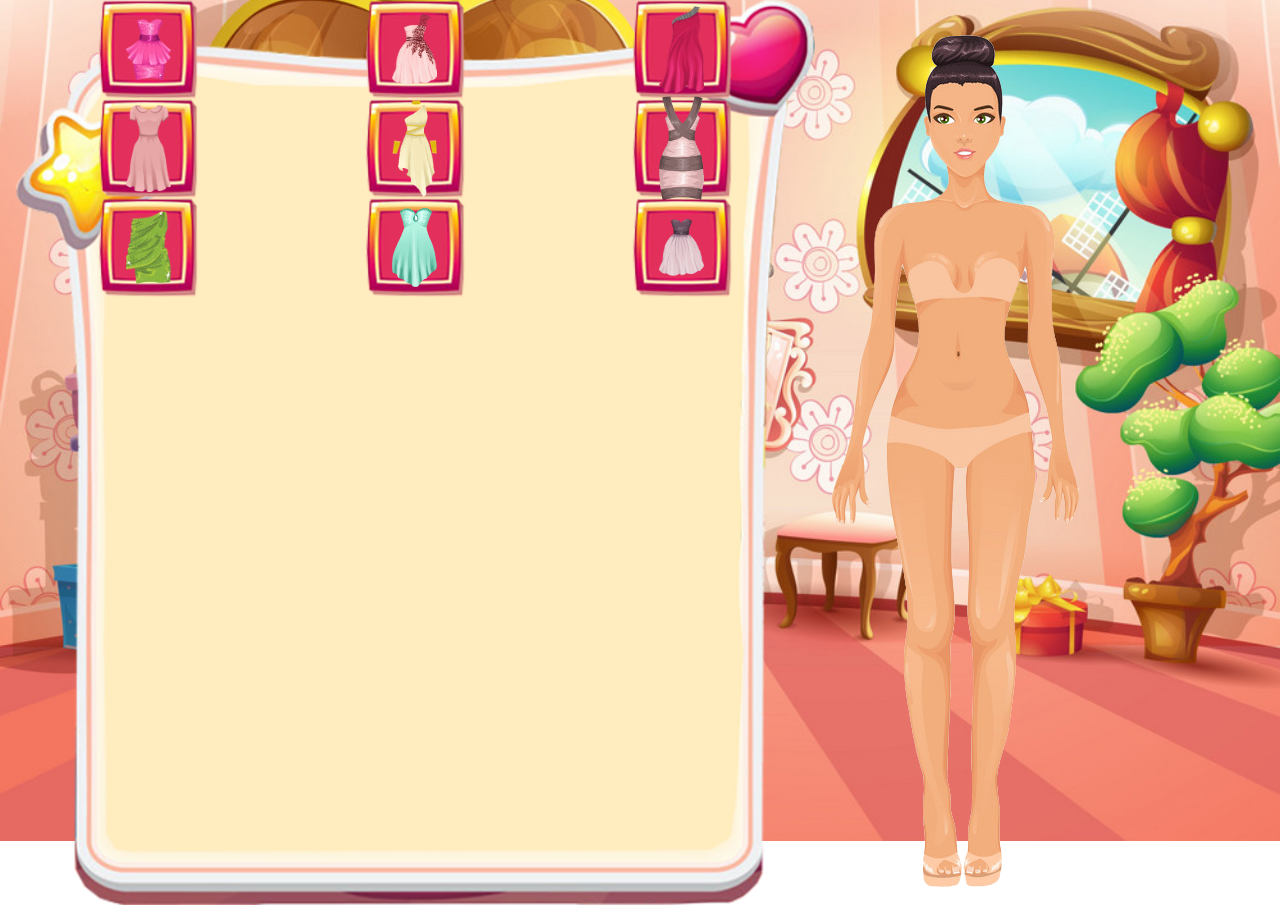
Repository: bunbubam/GameThayDoReactjs_NguyenKhacNghia
Page: /
The author's editor kept a copy of each file at every save. The page is drawn from the files as they stood at one save, then again after the next save.
The browser window is 1280 px wide. The pictures show the whole page.
The project was rebuilt for these pictures with package versions that can differ from the ones it lists, and the page was loaded fresh each time.

Above is the page before, as saved 2022-03-30 16:01:24.

### public/index.html
<!doctype html>
<html lang="en">
  <head>
    <title>GameThaydo</title>
    <!-- Required meta tags -->
    <meta charset="utf-8">
    <meta name="viewport" content="width=device-width, initial-scale=1, shrink-to-fit=no">

    <!-- Bootstrap CSS -->
    <link rel="stylesheet" href="https://stackpath.bootstrapcdn.com/bootstrap/4.3.1/css/bootstrap.min.css" integrity="sha384-ggOyR0iXCbMQv3Xipma34MD+dH/1fQ784/j6cY/iJTQUOhcWr7x9JvoRxT2MZw1T" crossorigin="anonymous">
  </head>
  <body>
    <div id="root"></div>
    <!-- Optional JavaScript -->
    <!-- jQuery first, then Popper.js, then Bootstrap JS -->
    <script src="https://code.jquery.com/jquery-3.3.1.slim.min.js" integrity="sha384-q8i/X+965DzO0rT7abK41JStQIAqVgRVzpbzo5smXKp4YfRvH+8abtTE1Pi6jizo" crossorigin="anonymous"></script>
    <script src="https://cdnjs.cloudflare.com/ajax/libs/popper.js/1.14.7/umd/popper.min.js" integrity="sha384-UO2eT0CpHqdSJQ6hJty5KVphtPhzWj9WO1clHTMGa3JDZwrnQq4sF86dIHNDz0W1" crossorigin="anonymous"></script>
    <script src="https://stackpath.bootstrapcdn.com/bootstrap/4.3.1/js/bootstrap.min.js" integrity="sha384-JjSmVgyd0p3pXB1rRibZUAYoIIy6OrQ6VrjIEaFf/nJGzIxFDsf4x0xIM+B07jRM" crossorigin="anonymous"></script>
  </body>
</html>

### src/App.js
import logo from './logo.svg';
import './App.css';
import Dress from './gamethaydo/dress';

function App() {
  return (
    <Dress></Dress>
  );
}

export default App;

### src/App.css
body {
    background: url(gamethaydo/images/dress-room.jpg) no-repeat;
    background-position: 50% 53%;
    background-size: cover;
}
.dress-main .row {height: 100vh;}
.girl img {
    position: absolute;
    bottom: 2%;
    left: 30%;
}
.clothing-box {
    background: url(gamethaydo/images/box.png) no-repeat;
    background-position: 50% 50%;
    background-size: cover;
    width: 800px;
    height: 905px;
}
.clothing-item {
    background: url(gamethaydo/images/menu.png) no-repeat;
    width: 100px;
    height: 99px;
}
.clothing-item img {width: 45%;}

### src/gamethaydo/dress.js
import React, {Component} from 'react';
import Girl from './images/girl.png';
import Clothing1 from './images/trangphuc1.png';
import Clothing2 from './images/trangphuc2.png';
import Clothing3 from './images/trangphuc3.png';
import Clothing4 from './images/trangphuc4.png';
import Clothing5 from './images/trangphuc5.png';
import Clothing6 from './images/trangphuc6.png';
import Clothing7 from './images/trangphuc7.png';
import Clothing8 from './images/trangphuc8.png';
import Clothing9 from './images/trangphuc9.png';
import Clothing10 from './images/trangphuc10.png';

class Dress extends Component {
    state = {
        girl : Girl,
        clothing : Girl

    }
changeClothing = (imgs) => {
        return(
            this.setState({
                clothing : imgs
            })
        )
    }
    render() {
        return(
            <div className='container-fluid'>
                <div className='dress-main'>
                    <div className='row'>
                        <div className='col-12 col-xl-6 block-left'>
                            <div className='clothing-box position-relative'>
                                <div className='clothing-flex d-flex flex-direction-row justify-content-around lign-items-baseline'>
                                    <div className='clothing-item d-flex flex-direction-row justify-content-center align-items-center'>
                                        <img onClick={()=>this.changeClothing(Clothing1)} src={require('./images/trangphuc1.png')} className='img-fluid'/>
                                    </div>
                                    <div className='clothing-item d-flex flex-direction-row justify-content-center align-items-center'>
                                        <img onClick={()=>this.changeClothing(Clothing2)} src={require('./images/trangphuc2.png')} className='img-fluid'/>
                                    </div>
                                    <div className='clothing-item d-flex flex-direction-row justify-content-center align-items-center'>
                                        <img onClick={()=>this.changeClothing(Clothing3)} src={require('./images/trangphuc3.png')} className='img-fluid'/>
                                    </div>
                                </div>
                                <div className='clothing-flex d-flex flex-direction-row justify-content-around lign-items-baseline'>
                                    <div className='clothing-item d-flex flex-direction-row justify-content-center align-items-center'>
                                        <img onClick={()=>this.changeClothing(Clothing4)} src={require('./images/trangphuc4.png')} className='img-fluid'/>
                                    </div>
                                    <div className='clothing-item d-flex flex-direction-row justify-content-center align-items-center'>
                                        <img onClick={()=>this.changeClothing(Clothing10)} src={require('./images/trangphuc10.png')} className='img-fluid'/>
                                    </div>
                                    <div className='clothing-item d-flex flex-direction-row justify-content-center align-items-center'>
                                        <img onClick={()=>this.changeClothing(Clothing6)} src={require('./images/trangphuc6.png')} className='img-fluid'/>
                                    </div>
                                </div>
                                <div className='clothing-flex d-flex flex-direction-row justify-content-around lign-items-baseline'>
                                    <div className='clothing-item d-flex flex-direction-row justify-content-center align-items-center'>
                                        <img onClick={()=>this.changeClothing(Clothing7)} src={require('./images/trangphuc7.png')} className='img-fluid'/>
                                    </div>
                                    <div className='clothing-item d-flex flex-direction-row justify-content-center align-items-center'>
                                        <img onClick={()=>this.changeClothing(Clothing8)} src={require('./images/trangphuc8.png')} className='img-fluid'/>
                                    </div>
                                    <div className='clothing-item d-flex flex-direction-row justify-content-center align-items-center'>
                                        <img onClick={()=>this.changeClothing(Clothing9)} src={require('./images/trangphuc9.png')} className='img-fluid'/>
                                    </div>
                                </div>
                            </div>
                        </div>
                        <div className='col-12 col-xl-6 block-right position-relative'>
                            <div className='girl'>
                                <img src={this.state.girl} className='img-fluid'/>
                                <img src={this.state.clothing} className='img-fluid'/>
                            </div>
                        </div>
                    </div>
                </div>
            </div>
        )
    };
}
export default Dress;

Loaded but not shown: src/index.js (common file); src/index.css (common file); src/reportWebVitals.js (common file)

After the next save:
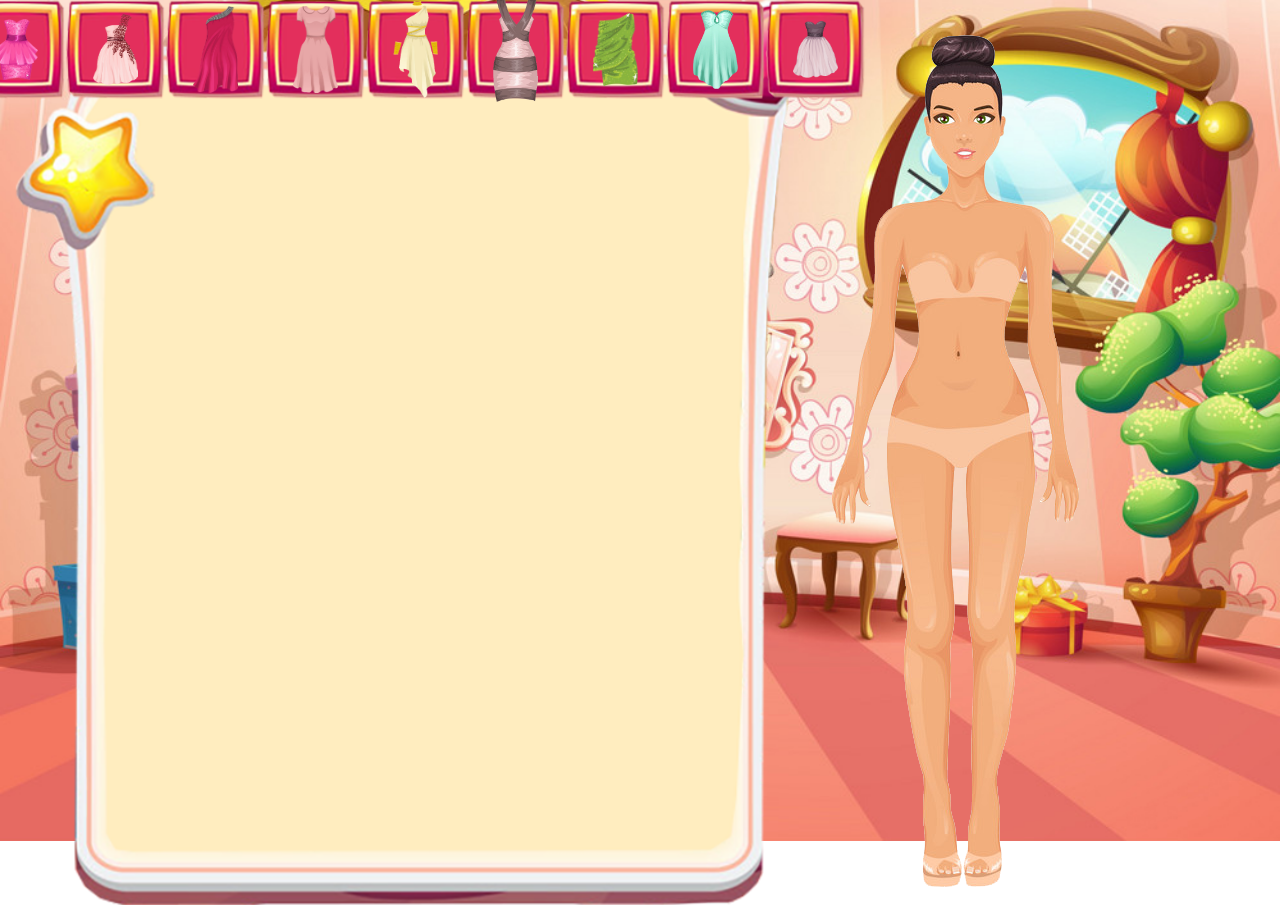
Saved 87 s later.
--- a/src/gamethaydo/dress.js
+++ b/src/gamethaydo/dress.js
@@ -30,7 +30,7 @@ changeClothing = (imgs) => {
                 <div className='dress-main'>
                     <div className='row'>
                         <div className='col-12 col-xl-6 block-left'>
-                            <div className='clothing-box position-relative'>
+                            <div className='clothing-box d-flex flex-direction-column justify-content-center'>
                                 <div className='clothing-flex d-flex flex-direction-row justify-content-around lign-items-baseline'>
                                     <div className='clothing-item d-flex flex-direction-row justify-content-center align-items-center'>
                                         <img onClick={()=>this.changeClothing(Clothing1)} src={require('./images/trangphuc1.png')} className='img-fluid'/>
